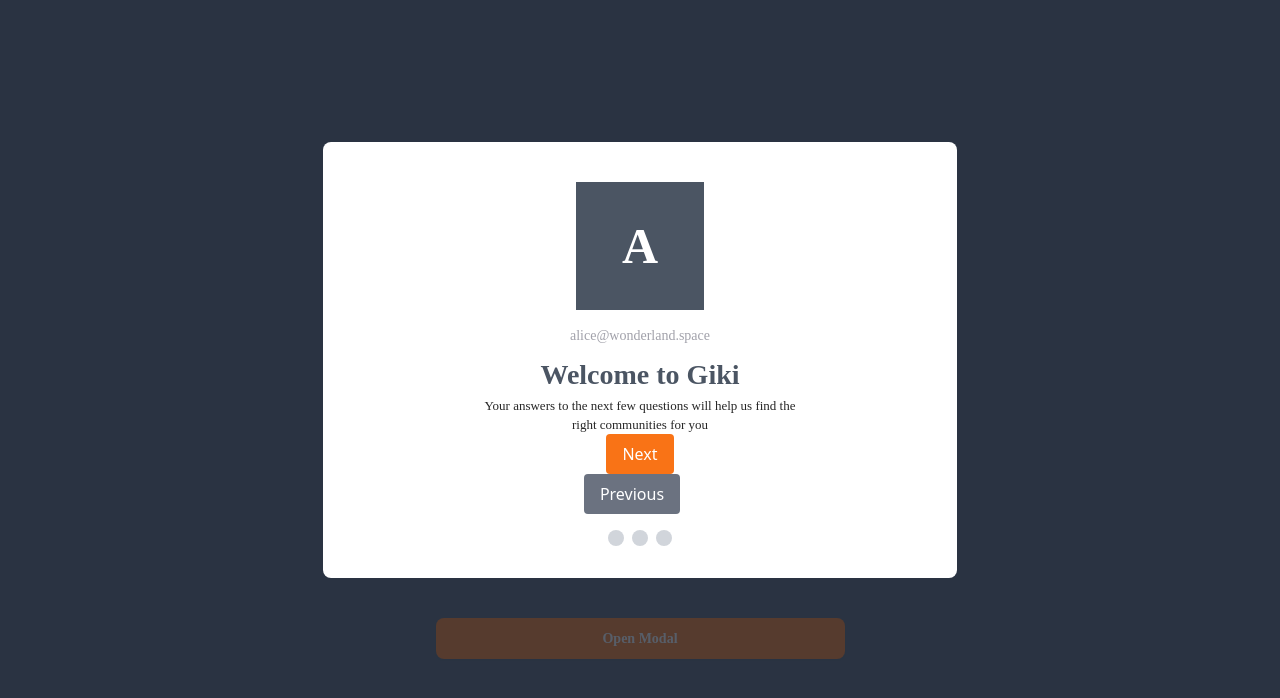
Repository: ZakariaZhlat125/lucatctyteste
Page: /, after clicking the first element matching `button.mt-36`
The author's editor kept a copy of each file at every save. The page is drawn from the files as they stood at one save, then again after the next save.
The browser window is 1280 px wide. The pictures show the whole page.
The project was rebuilt for these pictures with package versions that can differ from the ones it lists, and the page was loaded fresh each time. Also part of the build but not shown: vite.config.js, src/Components/ModalComponents/PickLang.jsx, src/Components/ModalComponents/SelectImage.jsx.

Above is the page before, as saved 2023-09-29 10:35:02.

### src/App.jsx
import { useState } from 'react'
import Modalpage from './pages/Modalpage'


function App() {

  return (
    <>
    <Modalpage />
    </>
  )
}

export default App

### src/pages/Modalpage.jsx
import React, { useState } from "react";
import logo from "../assets/Images/Logo.png";
import Modal from "../Components/ModalComponents/Modal";
const Modalpage = () => {
  const [isModalOpen, setIsModalOpen] = useState(false);



  return (
    <div className="h-screen w-secreen bg-gray-600 flex flex-col justify-center items-center  ">
      <img
        src={logo}
        alt="logo"
        className="w-[415px] h-[413px] mx-2 "
      />
      <button
        onClick={() => setIsModalOpen(true)}
        className="mt-36 w-[309px] h-[41px] sm:w-[409px]  shadow-sm bg-orange-500  hover:bg-orange-600 rounded-lg  text-white text-sm font-semibold font-['Montserrat']"
      >
        Open Modal
      </button>


      <Modal isOpen={isModalOpen}  onClose={() => setIsModalOpen(false)} />

    </div>
  );
};

export default Modalpage;

### src/Components/ModalComponents/Modal.jsx
import React, { useState } from "react";
import Welcom from "./Welcom";
import PickLang from "./PickLang";
import SelectImage from "./SelectImage";
const Modal = ({ isOpen, onClose }) => {

  const [currentPage, setCurrentPage] = useState(1);
  if (!isOpen) return null;
  const totalPages = 3;
  const nextPage = () => {
    if (currentPage < 3) {
      setCurrentPage(currentPage + 1);
    }
  };

  const prevPage = () => {
    if (currentPage > 1) {
      setCurrentPage(currentPage - 1);
    }
  };

  const getOrangeCount = () => {
    // Return the number of orange circles to display based on the current page
    switch (currentPage) {
      case 2:
        return 1;
      case 3:
        return 2;
      default:
        return 0;
    }
  };

  return (
    <div className="fixed inset-0 flex justify-center items-center z-50">
      <div className="fixed inset-0 bg-gray-800 opacity-75"></div>
      <div className="bg-white rounded-lg p-8 z-50 relative flex flex-col items-center">
        {/* Modal content goes here */}

        {/* <button
          onClick={onClose}
          className="absolute mx-auto bottom-2   text-gray-500 hover:text-gray-700 cursor-pointer"
        >
          Close
        </button> */}
        {currentPage === 1 && <Welcom />}
        {currentPage === 2 && <PickLang />}
        {currentPage === 3 && <SelectImage />}
        <button
          onClick={nextPage}
          className="bg-orange-500 text-white px-4 py-2 rounded"
        >
          Next
        </button>
        <button
          onClick={prevPage}
          className="mr-4 bg-gray-500 text-white px-4 py-2 rounded"
        >
          Previous
        </button>

        <div className="flex mt-4">
          {[...Array(totalPages)].map((_, index) => (
            <div
              key={index}
              className={`w-4 h-4 mx-1 rounded-full ${
                index < getOrangeCount() ? "bg-orange-500" : "bg-gray-300"
              }`}
            ></div>
          ))}
        </div>
      </div>
    </div>
  );
};

export default Modal;

### src/Components/ModalComponents/Welcom.jsx
import React from "react";

const Welcom = () => {
  return (
    <div className="flex flex-col justify-center items-center px-32">
      <div className="bg-gray-600 w-32 h-32 flex justify-center items-center my-2">
        <p className="text-white text-[50px] font-bold font-['Montserrat']">
          A
        </p>
      </div>

      <p className="my-2 text-zinc-400 text-sm font-medium font-['Poppins'] ">
        alice@wonderland.space
      </p>
      <h3 className="text-gray-600 text-[28px] font-bold font-['Poppins']">
        Welcome to Giki
      </h3>
      <p className="w-[314px] text-center text-neutral-800 text-[13px] font-medium font-['Poppins'] leading-[19px]">
        Your answers to the next few questions will help us find the right
        communities for you
      </p>
    </div>
  );
};

export default Welcom;

### tailwind.config.js
/** @type {import('tailwindcss').Config} */
export default {
  content: [
    "./index.html",
    "./src/**/*.{js,ts,jsx,tsx}",
  ],
  theme: {
    container: {
      center: true,
      padding: {
        DEFAULT: '1rem',
        sm: '2rem',
        lg: '4rem',
        xl: '5rem',
        '2xl': '6rem',
      },
    },
    extend: {},
  },
  plugins: [],
}

Loaded but not shown: index.html (common file); src/main.jsx (common file); src/index.css (common file)

After the next save:
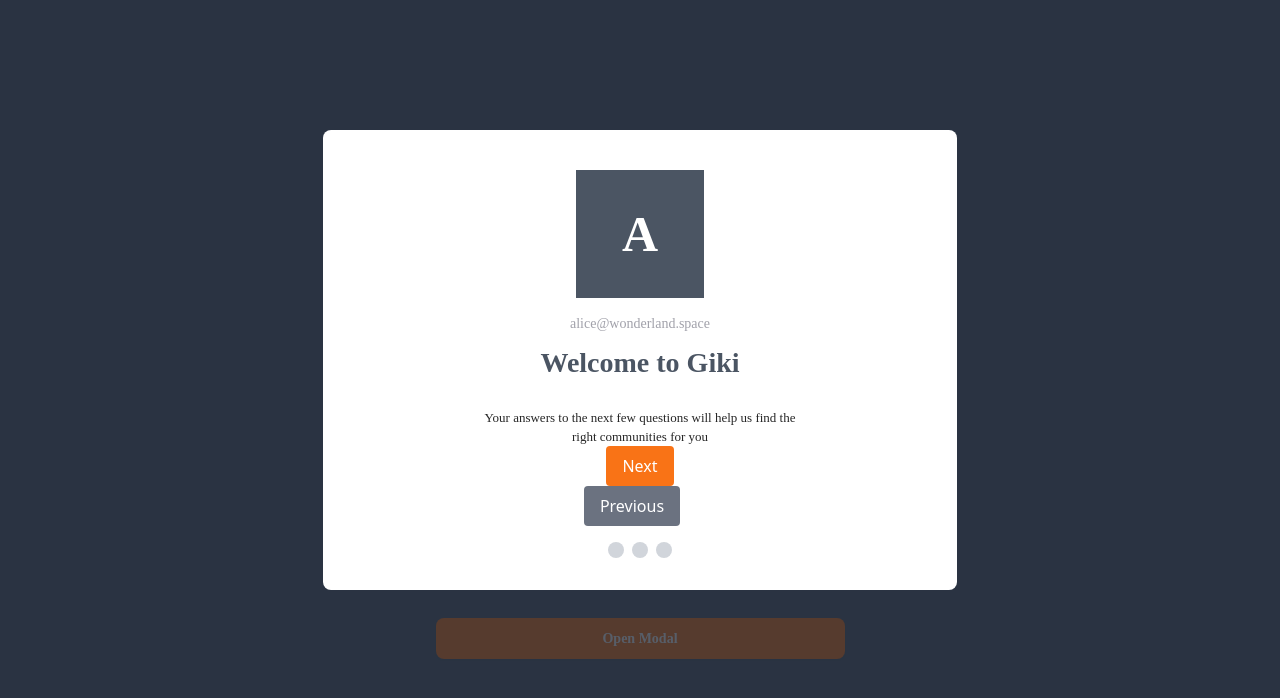
Saved 17 min 30 s later.
--- a/src/Components/ModalComponents/Welcom.jsx
+++ b/src/Components/ModalComponents/Welcom.jsx
@@ -15,6 +15,9 @@
       <h3 className="text-gray-600 text-[28px] font-bold font-['Poppins']">
         Welcome to Giki
       </h3>
+      <div>
+        <input type="text" />
+      </div>
       <p className="w-[314px] text-center text-neutral-800 text-[13px] font-medium font-['Poppins'] leading-[19px]">
         Your answers to the next few questions will help us find the right
         communities for you
